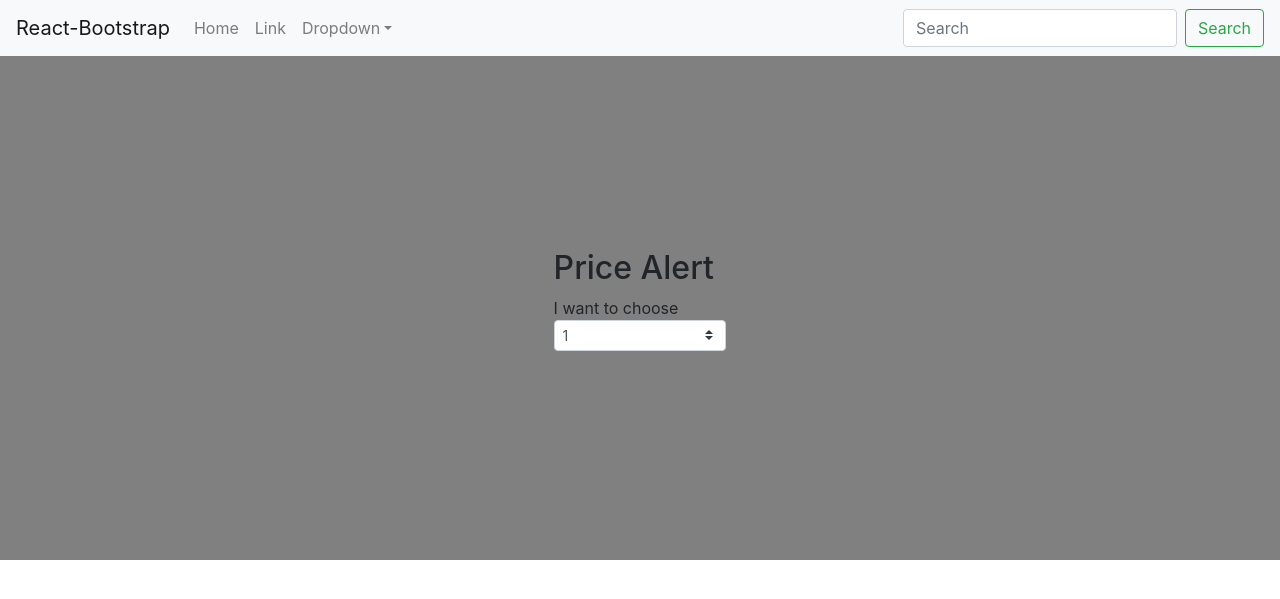
Repository: flychicken123/PriceAlertFront
Page: /
An editor plug-in stored every save of this project. The page is shown before and after the next save, followed by the edit.
The browser window is 1280 px wide. The pictures show the whole page.
The project was rebuilt for these pictures with package versions that can differ from the ones it lists, and the page was loaded fresh each time. Also part of the build but not shown: src/App.css.

Above is the page before, as saved 2021-03-05 20:42:12.

### public/index.html
<!DOCTYPE html>
<html lang="en">
  <head>
    <meta charset="utf-8" />
    <link rel="icon" href="%PUBLIC_URL%/favicon.ico" />
    <meta name="viewport" content="width=device-width, initial-scale=1" />
    <meta name="theme-color" content="#000000" />
    <meta
      name="description"
      content="Web site created using create-react-app"
    />
    <link rel="apple-touch-icon" href="%PUBLIC_URL%/logo192.png" />
    <!--
      manifest.json provides metadata used when your web app is installed on a
      user's mobile device or desktop. See https://developers.google.com/web/fundamentals/web-app-manifest/
    -->
    <link rel="manifest" href="%PUBLIC_URL%/manifest.json" />
    <link
  rel="stylesheet"
  href="https://cdn.jsdelivr.net/npm/bootstrap@4.6.0/dist/css/bootstrap.min.css"
  integrity="sha384-B0vP5xmATw1+K9KRQjQERJvTumQW0nPEzvF6L/Z6nronJ3oUOFUFpCjEUQouq2+l"
  crossorigin="anonymous"
/>
<link rel="stylesheet" href="https://fonts.googleapis.com/css?family=Roboto:300,400,500,700&display=swap" />

    <!--
      Notice the use of %PUBLIC_URL% in the tags above.
      It will be replaced with the URL of the `public` folder during the build.
      Only files inside the `public` folder can be referenced from the HTML.

      Unlike "/favicon.ico" or "favicon.ico", "%PUBLIC_URL%/favicon.ico" will
      work correctly both with client-side routing and a non-root public URL.
      Learn how to configure a non-root public URL by running `npm run build`.
    -->
    <title>React App</title>
  </head>
  <body>
    <noscript>You need to enable JavaScript to run this app.</noscript>
    <div id="root"></div>
    <!--
      This HTML file is a template.
      If you open it directly in the browser, you will see an empty page.

      You can add webfonts, meta tags, or analytics to this file.
      The build step will place the bundled scripts into the <body> tag.

      To begin the development, run `npm start` or `yarn start`.
      To create a production bundle, use `npm run build` or `yarn build`.
    -->
  </body>
</html>

### src/App.js
import logo from './logo.svg';
import './App.css';
import { BrowserRouter as Router, Switch, Route } from 'react-router-dom';
import TopNavbar from './components/TopNavbar';
import Home from './components/Home.jsx';
const App = () => {
  return (
    <Router>
      <TopNavbar />
      <Switch>
        <Route path='/' component={Home} />
      </Switch>
    </Router>
  )
}

export default App;

### src/components/TopNavbar.jsx
import React, { Component } from 'react';
import { Button, Navbar, Nav, NavDropdown, Form, FormControl } from "react-bootstrap";
const TopNavbar = () => {
    return (
        <div>
            <Navbar bg="light" expand="lg">
                <Navbar.Brand href="#home">React-Bootstrap</Navbar.Brand>
                <Navbar.Toggle aria-controls="basic-navbar-nav" />
                <Navbar.Collapse id="basic-navbar-nav">
                    <Nav className="mr-auto">
                        <Nav.Link href="#home">Home</Nav.Link>
                        <Nav.Link href="#link">Link</Nav.Link>
                        <NavDropdown title="Dropdown" id="basic-nav-dropdown">
                            <NavDropdown.Item href="#action/3.1">Action</NavDropdown.Item>
                            <NavDropdown.Item href="#action/3.2">Another action</NavDropdown.Item>
                            <NavDropdown.Item href="#action/3.3">Something</NavDropdown.Item>
                            <NavDropdown.Divider />
                            <NavDropdown.Item href="#action/3.4">Separated link</NavDropdown.Item>
                        </NavDropdown>
                    </Nav>
                    <Form inline>
                        <FormControl type="text" placeholder="Search" className="mr-sm-2" />
                        <Button variant="outline-success">Search</Button>
                    </Form>
                </Navbar.Collapse>
            </Navbar>
        </div>
    )
};
export default TopNavbar

### src/components/Home.jsx
import React, { Component } from 'react';
import { Form, DropdownButton, Dropdown, Row, Col, Select } from 'react-bootstrap';

const Home = () => {
    return (
        <div className='mainControl' >
            <container fluid="md">

                <div style={{ display: 'flex', justifyContent: 'center', alignItems: 'center', height: '70vh', backgroundColor: 'grey', width: '100' }}>
                    <Form>
                        <h2>Price Alert</h2>
                        <Form.Group colcontrolId="formBasicEmail">
                            <text>I want to choose</text>
                            <Form.Control as="select" size="sm" custom>
                                <option>1</option>
                                <option>2</option>
                                <option>3</option>
                                <option>4</option>
                                <option>5</option>
                            </Form.Control>
                        </Form.Group>
                    </Form>

                </div>
            </container>
        </div>
    )
}
export default Home;

Loaded but not shown: src/index.js (common file); src/index.css (common file); src/reportWebVitals.js (common file)

After the next save:
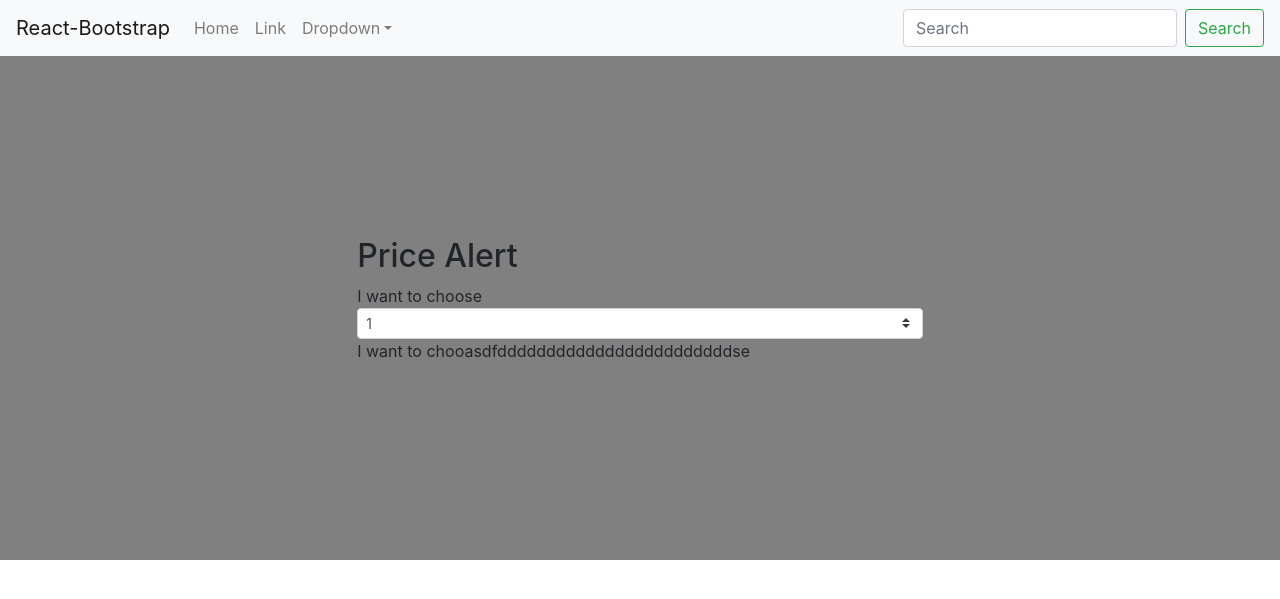
Saved 47 s later.
--- a/src/components/Home.jsx
+++ b/src/components/Home.jsx
@@ -18,6 +18,7 @@ const Home = () => {
                                 <option>4</option>
                                 <option>5</option>
                             </Form.Control>
+                            <text>I want to chooasdfddddddddddddddddddddddddse</text>
                         </Form.Group>
                     </Form>
 
